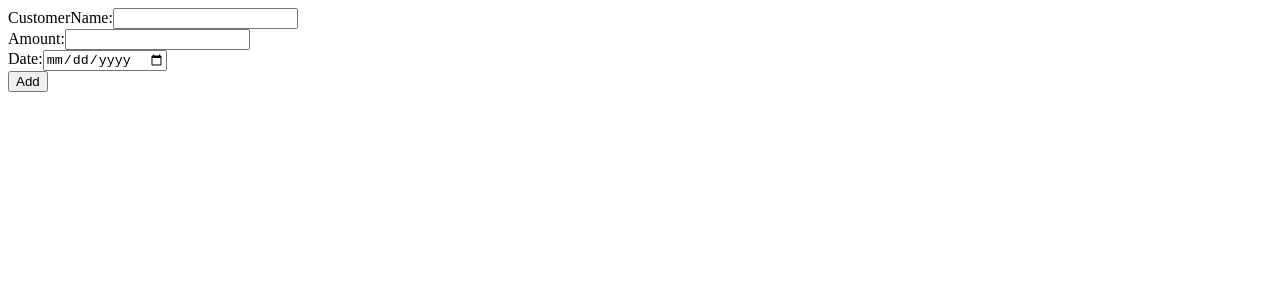
Repository: ramakrishnan1997/ram_javatraining
Page: test/src/main/webapp/add.html
The author's editor kept a copy of each file at every save. The page is drawn from the files as they stood at one save, then again after the next save.
The browser window is 1280 px wide. The pictures show the whole page.

Above is the page before, as saved 2022-06-30 09:39:32.

After the next save:
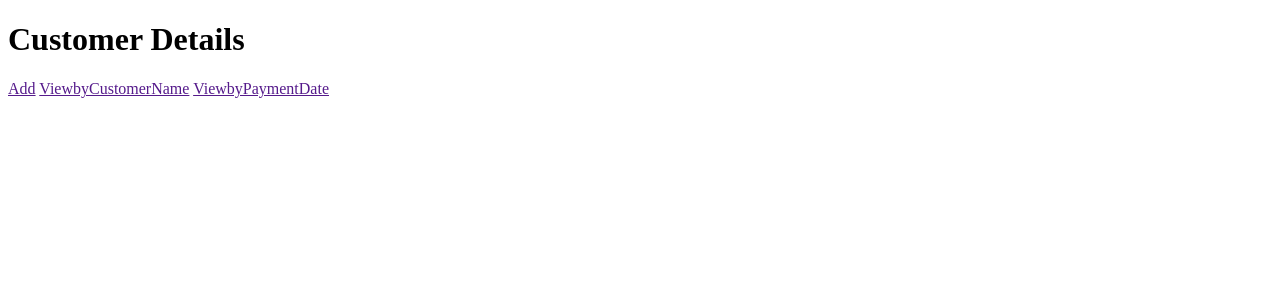
Saved 2 min 15 s later.
--- a/test/src/main/webapp/add.html
+++ b/test/src/main/webapp/add.html
@@ -5,11 +5,9 @@
 <title>Insert title here</title>
 </head>
 <body>
-<form action="">
-<div><label>CustomerName:<input type="text" name="customername"></label></div>
-<div><label>Amount:<input type="text" name="customeramount"></label></div>
-<div><label>Date:<input type="date" name="paymentdate"></label></div>
-<input type="submit" value="Add">
-</form>
+<h1>Customer Details</h1>
+<a href="">Add</a>
+<a href="">ViewbyCustomerName</a>
+<a href="">ViewbyPaymentDate</a>
 </body>
 </html>
